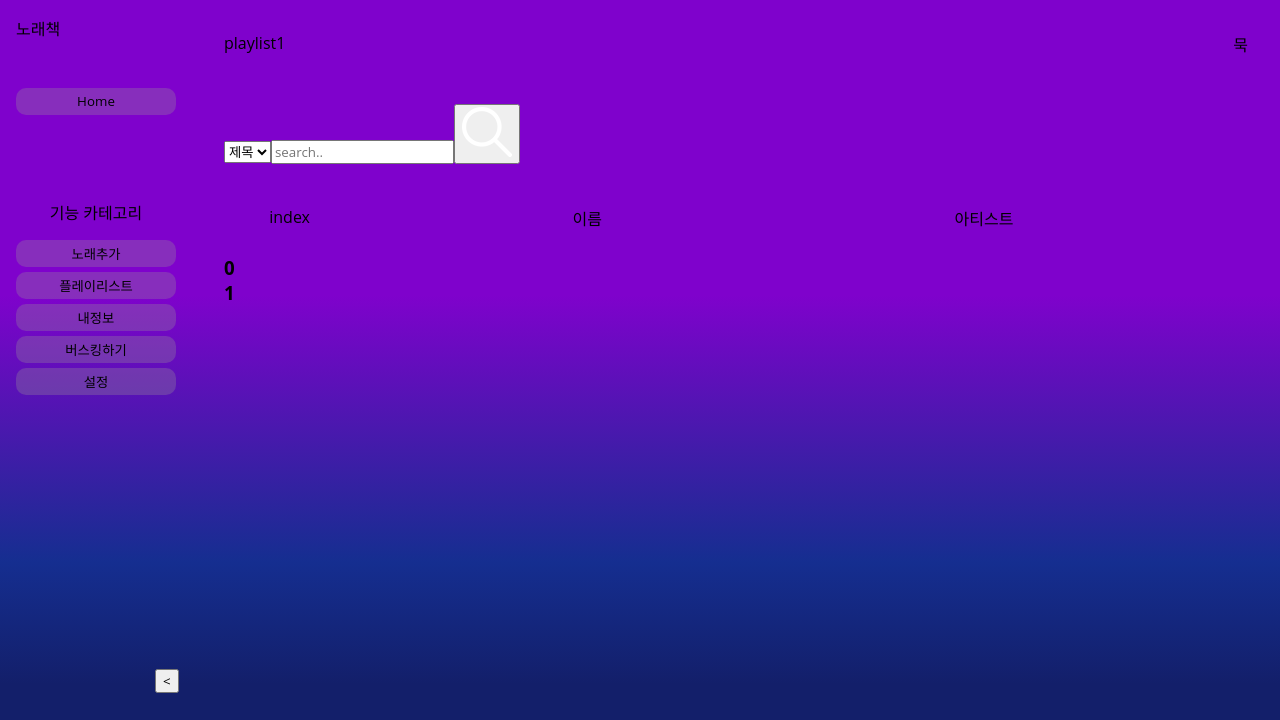
Repository: Unique0902/busking
Page: /app/add
These files come from the project's save history. The page is drawn as it stood at one moment and after the next save; the edit follows.
The browser window is 1280 px wide. The pictures show the whole page.
The page's requests for data from a server got no answer. The project was rebuilt for these pictures with package versions that can differ from the ones it lists, and the page was loaded fresh each time. No one was signed in, and anything a server would have sent is missing. Also part of the build but not shown: src/routes/login/login.module.css, src/components/login_header/login_nav.module.css, src/components/login_header/login_nav.jsx, src/components/app_description/app_description.module.css, src/components/app_description/app_description.jsx, src/routes/login/login.jsx, src/routes/app/app_home/app_home.module.css, src/routes/app/app_home/app_home.jsx and 8 more.

Above is the page before, as saved 2022-08-30 14:45:32.

After the next save:
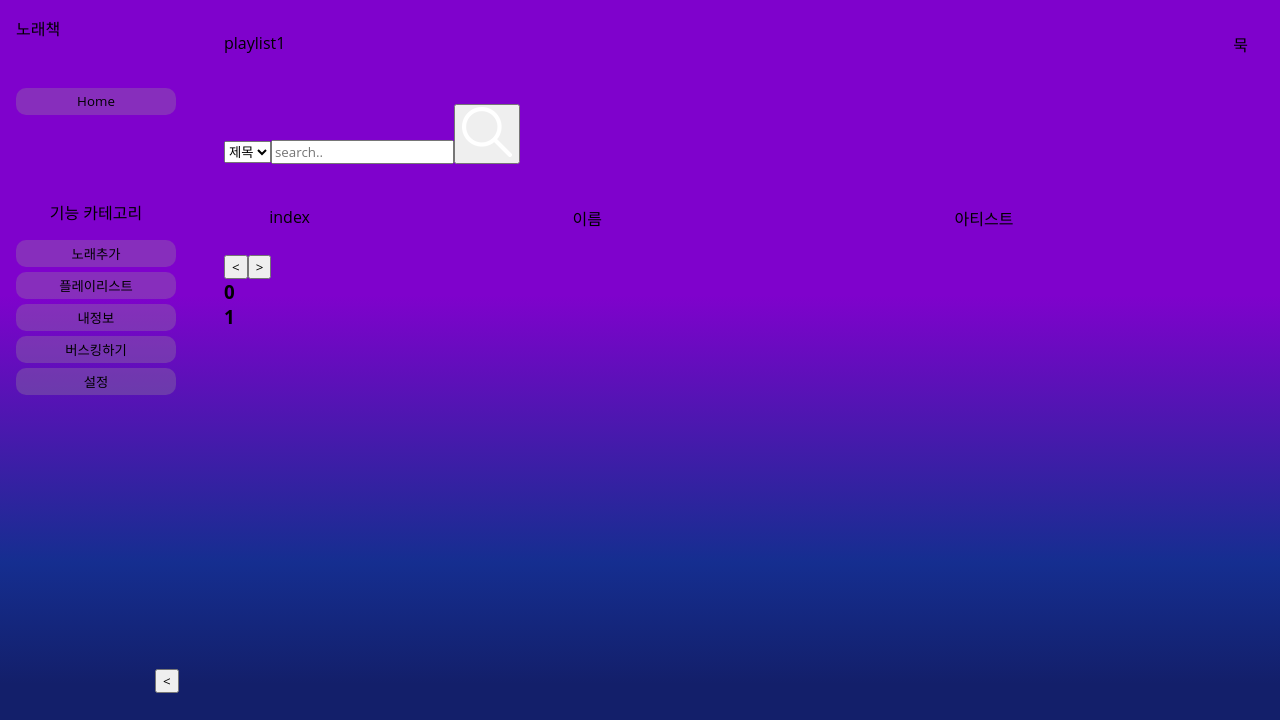
Saved 3 min 0 s later.
--- a/src/components/page_num_screen/page_num_screen.jsx
+++ b/src/components/page_num_screen/page_num_screen.jsx
@@ -1,8 +1,10 @@
 import React from 'react';
 
-const Page_num_screen = ({ resultNum, pageNum }) => {
+const Page_num_screen = ({ resultNum, pageNum, onPagePlus, onPageMinus }) => {
   return (
     <>
+      <button>{'<'}</button>
+      <button>{'>'}</button>
       <h1>{resultNum}</h1>
       <h1>{pageNum}</h1>
     </>
